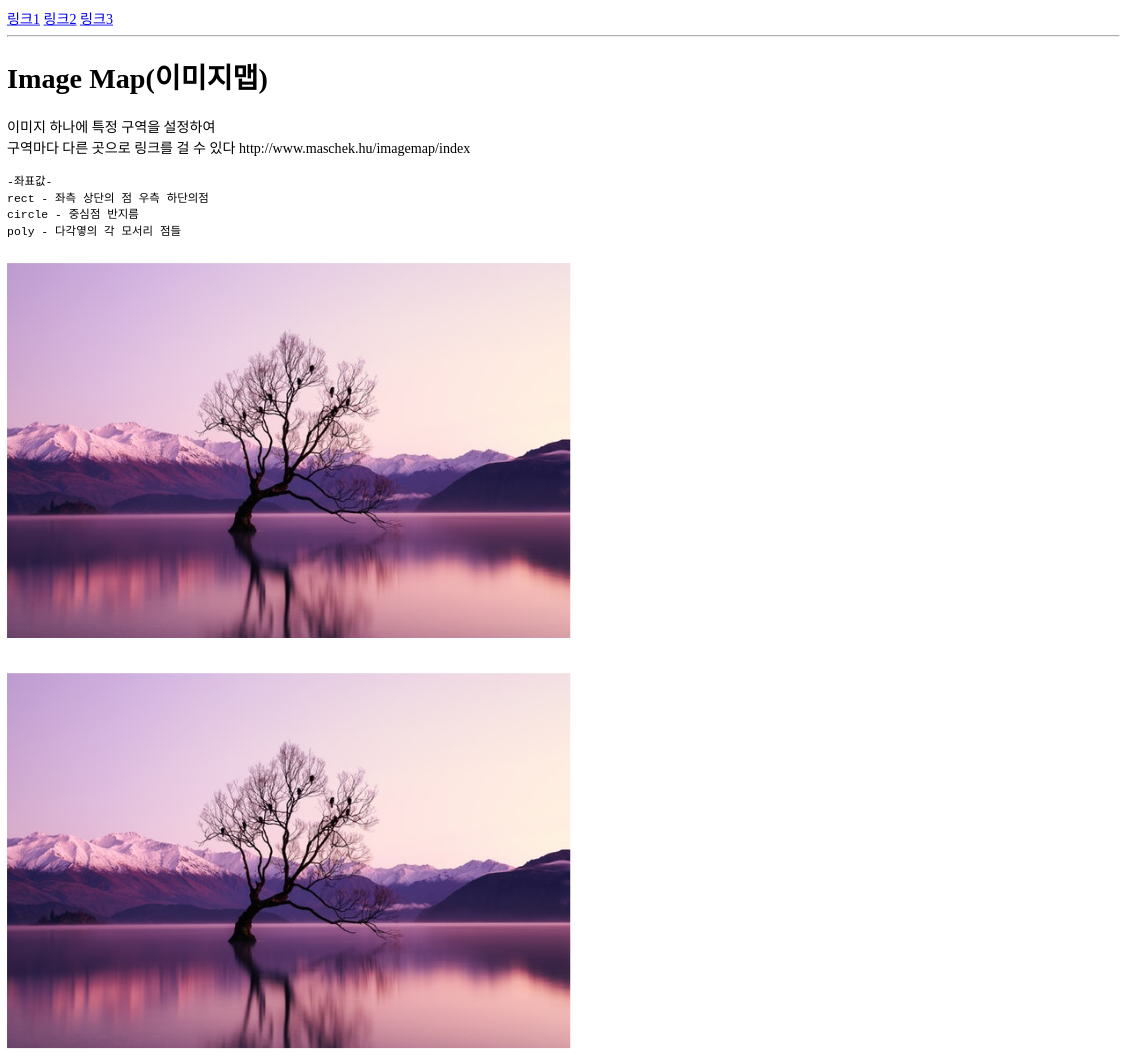
Repository: ReadStar/Web
Page: Html/html5/WebContent/a-2.html
The author's editor kept a copy of each file at every save. The page is drawn from the files as they stood at one save, then again after the next save.
The browser window is 1280 px wide. The pictures show the whole page, at 88% of full size.

Above is the page before, as saved 2020-08-27 07:58:10.

After the next save:
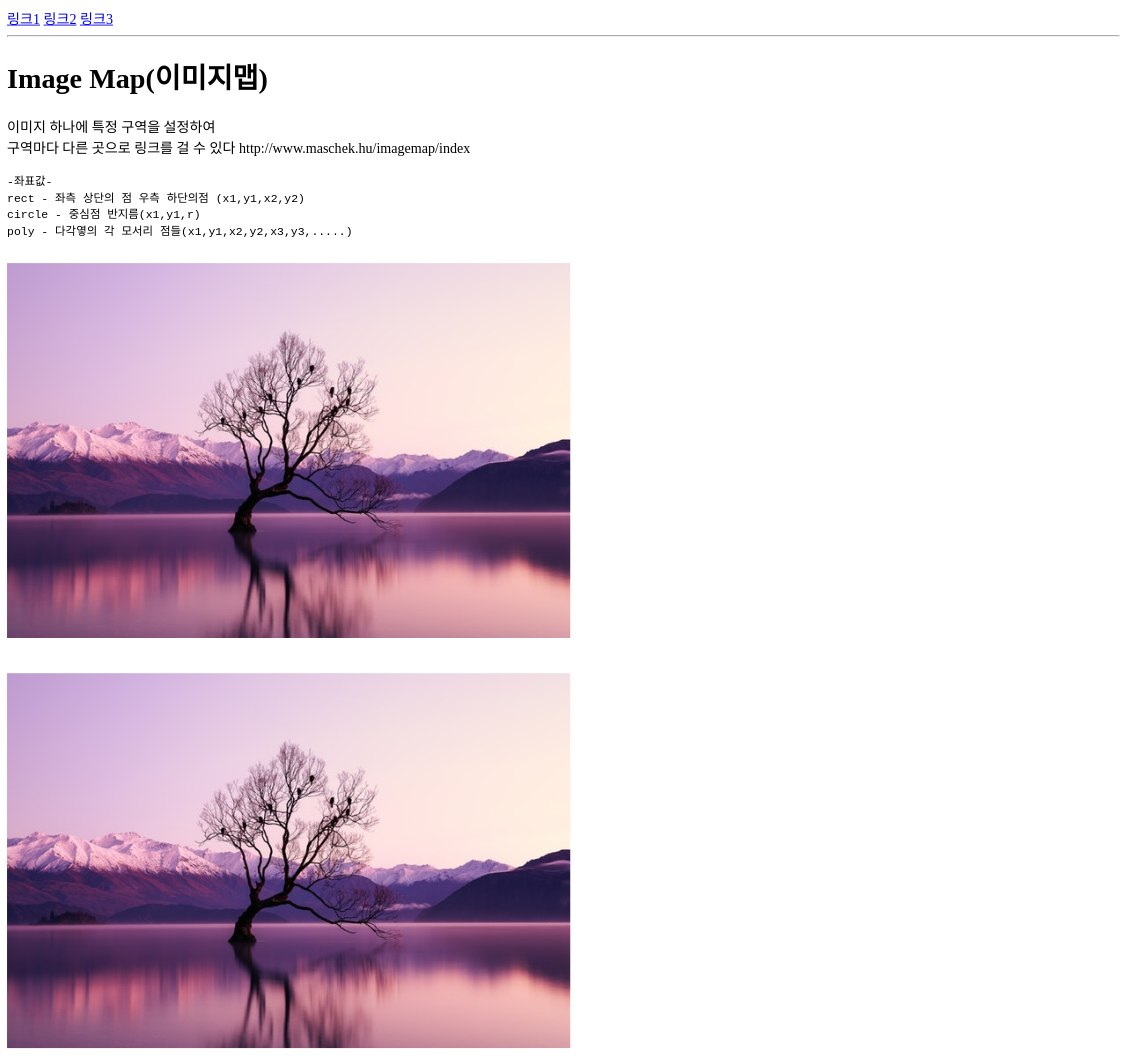
Saved 97 s later.
--- a/Html/html5/WebContent/a-2.html
+++ b/Html/html5/WebContent/a-2.html
@@ -18,9 +18,9 @@
 http://www.maschek.hu/imagemap/index</p>
 <pre>
 -좌표값-
-rect - 좌측 상단의 점 우측 하단의점
-circle - 중심점 반지름
-poly - 다각옇의 각 모서리 점들
+rect - 좌측 상단의 점 우측 하단의점 (x1,y1,x2,y2)
+circle - 중심점 반지름(x1,y1,r)
+poly - 다각옇의 각 모서리 점들(x1,y1,x2,y2,x3,y3,.....)
 
 </pre>
 
